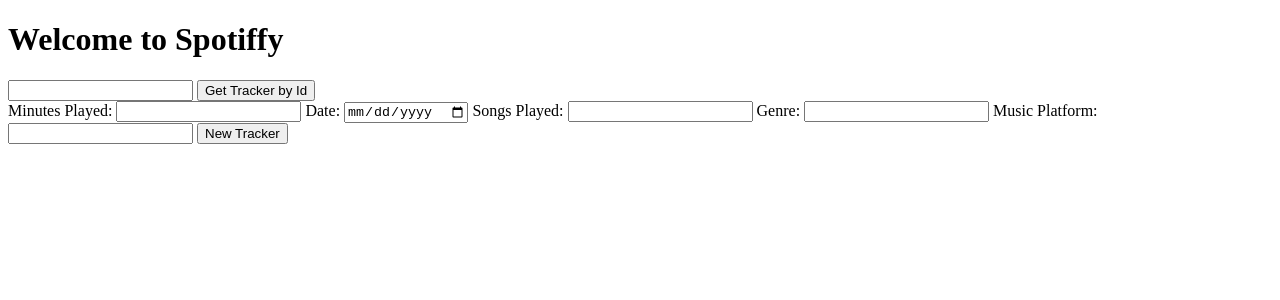
Repository: wcylou/EventTrackerProject
Page: SpotifyREST/src/main/webapp/index.html
The author's editor kept a copy of each file at every save. The page is drawn from the files as they stood at one save, then again after a run of saves.
The browser window is 1280 px wide. The pictures show the whole page.

Above is the page before, as saved 2018-07-18 23:05:22.

### SpotifyREST/src/main/webapp/index.html
<!DOCTYPE html>
<html lang="en" dir="ltr">
  <head>
    <meta charset="utf-8">
    <title></title>
  </head>
  <body>
  <h1>Welcome to Spotiffy</h1>

  <form name="inputForm">
    <input type="number" name="trackerId">
    <button name="lookup">Get Tracker by Id</button>
  </form>

  <form name="createTrackerForm" id="createTrackerForm">
    Minutes Played: <input type="number" name="minutesPlayed">
    Date: <input type="date" name="date">
    Songs Played: <input type="number" name="songsPlayed">
    Genre: <input type="text" name="genre">
    Music Platform: <input type="text" name="musicPlatform">
    <button name="create">New Tracker</button>
  </form>

  <div id="output">
    <div id="trackerData"></div>
    <div id="actorData"></div>
  </div>


    <script src="js/script.js" charset="utf-8"></script>
  </body>
</html>

### SpotifyREST/src/main/webapp/js/script.js
window.addEventListener('load', function(e) {
  console.log('document loaded');
  init();
});

function init() {
  document.inputForm.lookup.addEventListener('click', function(event) {
    event.preventDefault();
    var trackerId = document.inputForm.trackerId.value;
    if (!isNaN(trackerId) && trackerId > 0) {
      getTracker(trackerId);
    }
  })
  document.createTrackerForm.create.addEventListener('click', function(event) {
	  event.preventDefault();
	  createTracker();
  })
}

function getTracker(trackerId) {
	var xhr = new XMLHttpRequest();

	var filmData = document.getElementById("trackerId");
	var link = "api/trackers/" + trackerId;
	xhr.open('GET', link, true);

	xhr.onreadystatechange = function() {
		if (xhr.readyState === 4 && xhr.status < 400) {
			var tracker = JSON.parse(xhr.responseText);
			displayTracker(tracker);
		}

		if (xhr.readyState === 4 && xhr.status >= 400) {
			console.log("test");
			trackerData.textContent = "Tracker not found";
		}
	};
	xhr.send(null);
}

function displayTracker(tracker) {
  var dataDiv = document.getElementById('trackerData');
  dataDiv.textContent = '';

  var header = document.createElement('h1');
  header.textContent = tracker.id;
  var body = document.createElement('blockquote');
  var ul = document.createElement('ul');
  var li = document.createElement('li');
  var li2 = document.createElement('li');
  var li3 = document.createElement('li');
  var li4 = document.createElement('li');
  var li5 = document.createElement('li');
  li.textContent = tracker.minutesPlayed;
  li2.textContent = tracker.date;
  li3.textContent = tracker.songsPlayed;
  li4.textContent = tracker.genre;
  li5.textContent = tracker.musicPlatform;
  ul.appendChild(li);
  ul.appendChild(li2);
  ul.appendChild(li3);
  ul.appendChild(li4);
  ul.appendChild(li5);
  dataDiv.appendChild(header);
  dataDiv.appendChild(body);
  dataDiv.appendChild(ul);
}

function createFilm() {
	var form = document.getElementById('createFilmForm');
	var film = {};
	film.title = form.filmTitle.value;
	film.description = form.description.value;
	film.releaseYear = Number(form.releaseYear.value);
	film.rating = form.rating.value;
	film.length = Number(form.length.value);
	console.log(film);
	var xhr = new XMLHttpRequest();
	xhr.open("POST", "api/films", true);
	xhr.setRequestHeader("Content-Type", "application/json");
	xhr.onreadystatechange = function() {
		if (xhr.readyState === 4 && xhr.status < 400) {
			var film = JSON.parse(xhr.responseText);
			displayFilm(film);

		}

		if (xhr.readyState === 4 && xhr.status >= 400) {
			actorData.textContent = "Film not created";
		}
	};
	xhr.send(JSON.stringify(film));
}

After the next 2 saves:
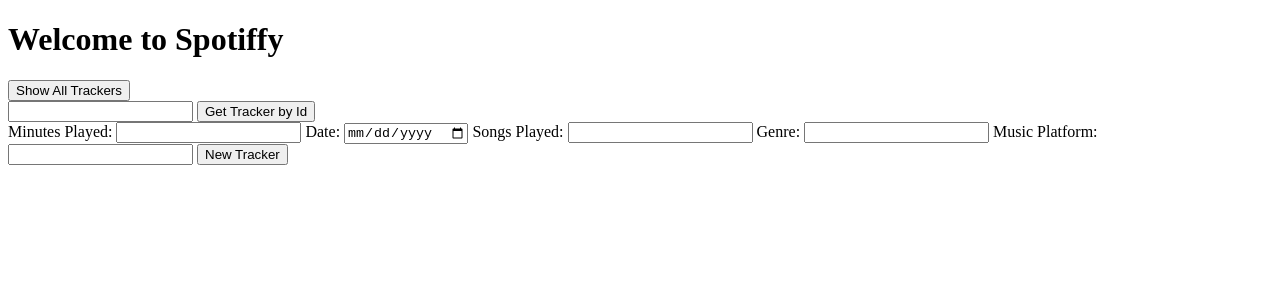
The 2 saves are shown as one change because they came seconds apart.
The last was saved 15 h 17 min later.
--- a/SpotifyREST/src/main/webapp/index.html
+++ b/SpotifyREST/src/main/webapp/index.html
@@ -6,6 +6,8 @@
   </head>
   <body>
   <h1>Welcome to Spotiffy</h1>
+
+  <button id ="showAllTrackers">Show All Trackers</button>
 
   <form name="inputForm">
     <input type="number" name="trackerId">
